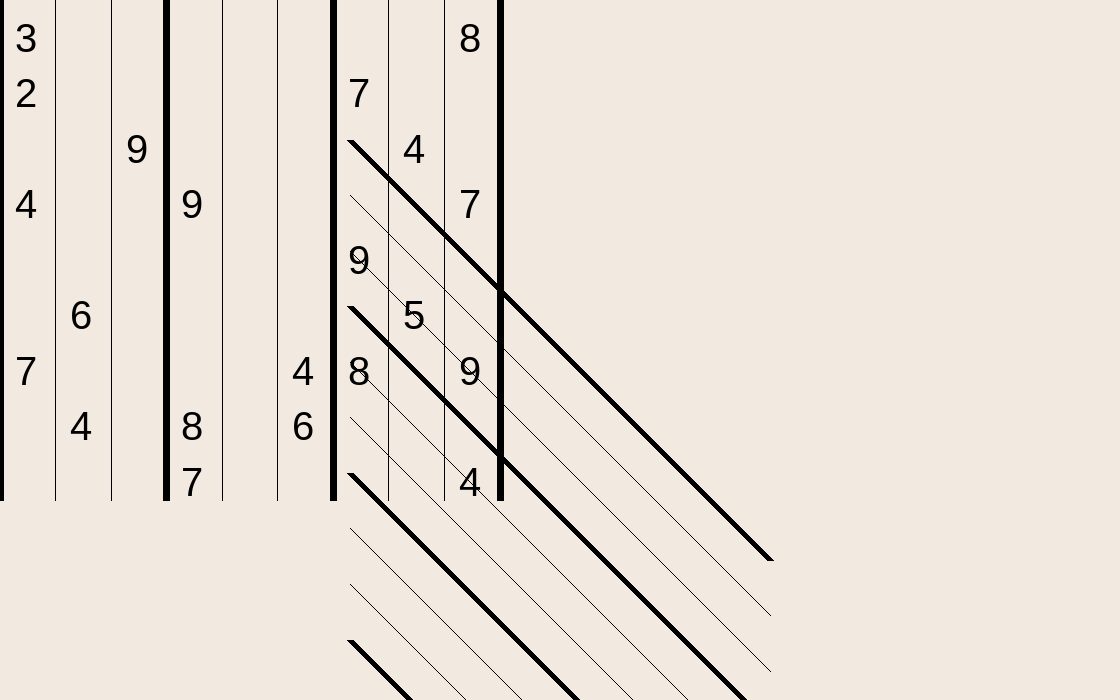
Repository: JensVL96/Puzzle-solver-for-fun
Script's output: python sudoku.py
These files come from the project's save history. The script's output is drawn as it stood at one moment and after the next save; the edit follows.
The window is shown after at most 60 frames with no key pressed. A system font it names is replaced by a similar one. Random numbers start from a fixed seed.

Above is the script's output before, as saved 2020-10-30 01:36:14.

After the next save:
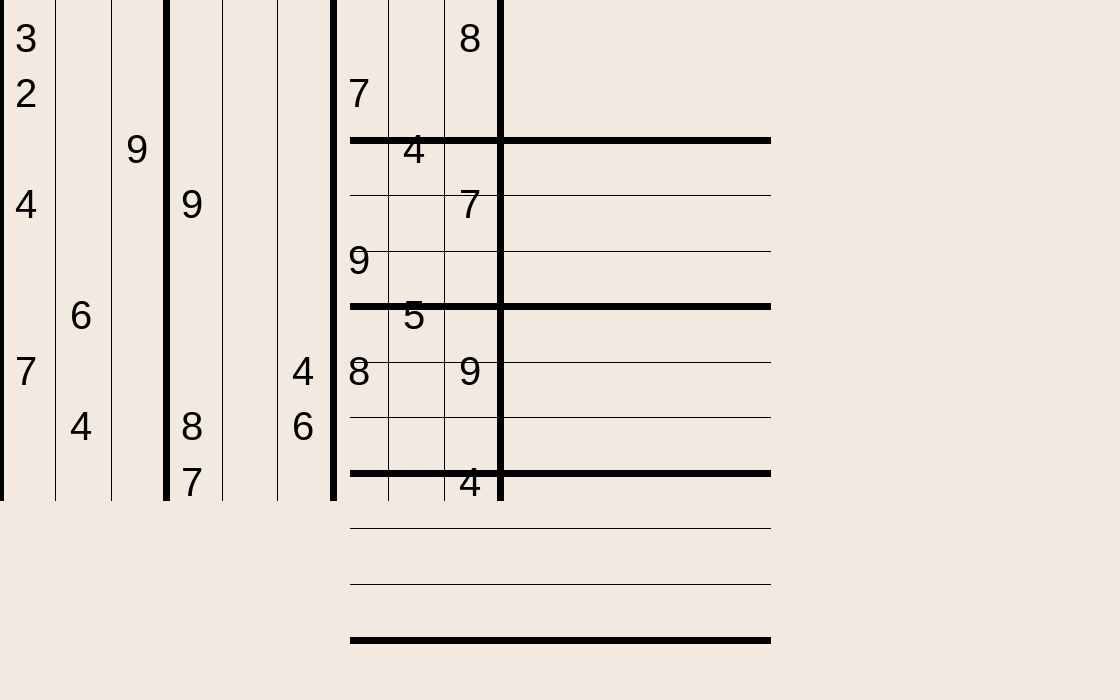
Saved 49 s later.
--- a/sudoku.py
+++ b/sudoku.py
@@ -191,7 +191,7 @@ class Display_board():
         start_pos_x = (SCREEN_WIDTH / 2) - (BORDER_SIZE / 2)
         start_pos_y = (SCREEN_HEIGHT / 2) - (BORDER_SIZE / 2)
         end_pos_x = (SCREEN_WIDTH / 2) + (BORDER_SIZE / 2)
-        end_pos_y = (SCREEN_HEIGHT / 2) + (BORDER_SIZE / 2)
+        end_pos_y = (SCREEN_HEIGHT / 2) - (BORDER_SIZE / 2)
 
         print("\nstart pos: (%d, %d)", start_pos_x, start_pos_y)
         print("end pos: (%d, %d)\n", end_pos_x, end_pos_y)
